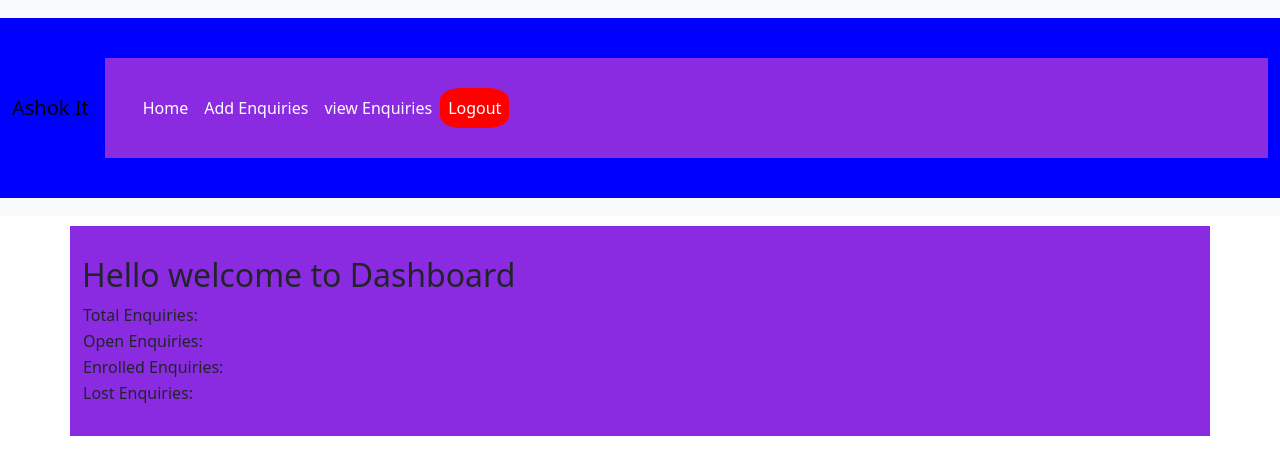
Repository: dibyajyotipanigrahi/Mini-Projects
Page: http://localhost/dashboard
The author's editor kept a copy of each file at every save. The page is drawn from the files as they stood at one save, then again after the next save.
The browser window is 1280 px wide. The pictures show the whole page.
The page is this project's Thymeleaf template; nobody is signed in. The template is opened directly, without the code that normally fills it, so the values that code supplies are empty.

Above is the page before, as saved 2024-04-25 19:36:00.

After the next save:
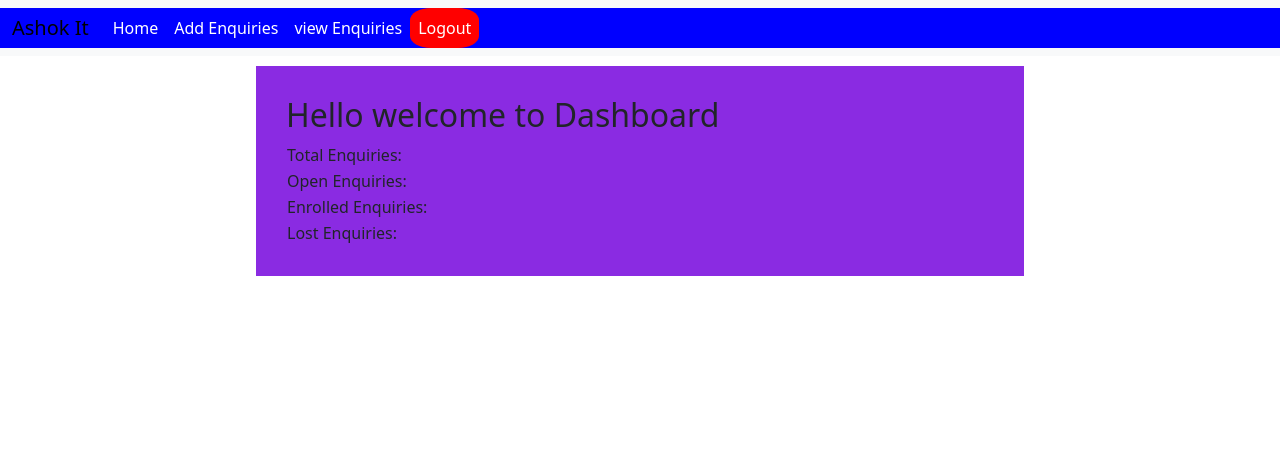
Saved 47 s later.
--- a/01-Councellors-Application/src/main/resources/templates/dashboard.html
+++ b/01-Councellors-Application/src/main/resources/templates/dashboard.html
@@ -11,7 +11,7 @@
 		.nav-link {
 			color: white;
 		}
-		div {
+		.container {
 			width: 60%;
 			background-color:blueviolet;
 			padding: 30px;
